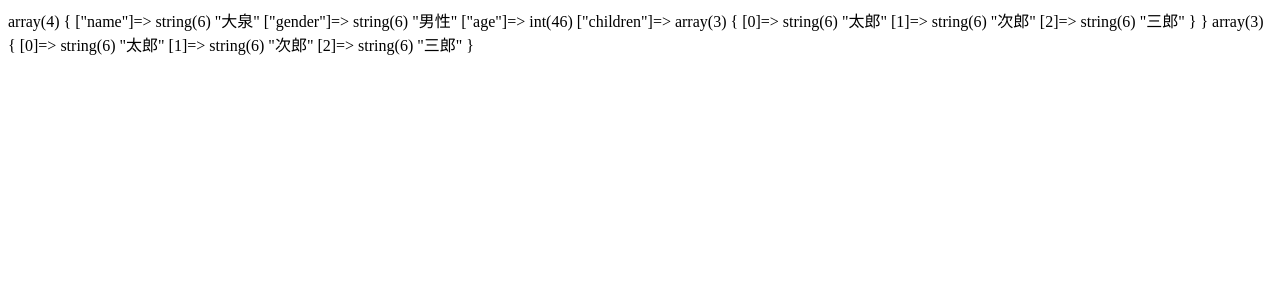
Repository: myojosamurai/Samurai_JS-
Page: http://localhost/php/func.php
The author's editor kept a record of every edit. The page is drawn from the files as they stood at one moment, then again after the next edit.
The browser window is 1280 px wide. The pictures show the whole page.
The page is run by PHP 8.4 with error messages shown; the project is at /var/www/html/.

Above is the page before.

### php/func.php
<?php
$data = [
    "name"=>"大泉",
    "gender"=>"男性",
    "age"=>46
];

$data['children'] = ["太郎", "次郎", "三郎"];

var_dump($data);

var_dump($data['children']);



?>

After the next edit:
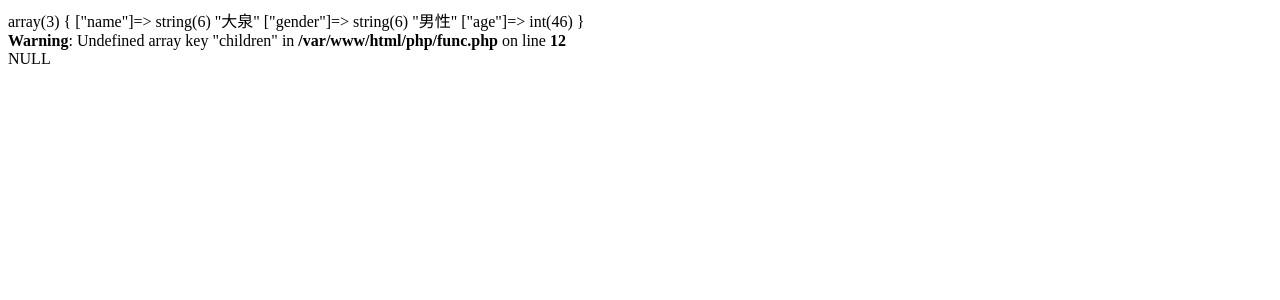
The edit:
--- a/php/func.php
+++ b/php/func.php
@@ -5,7 +5,7 @@
     "age"=>46
 ];
 
-$data['children'] = ["太郎", "次郎", "三郎"];
+#$data['children'] = ["太郎", "次郎", "三郎"];
 
 var_dump($data);
 

After the edit that followed:
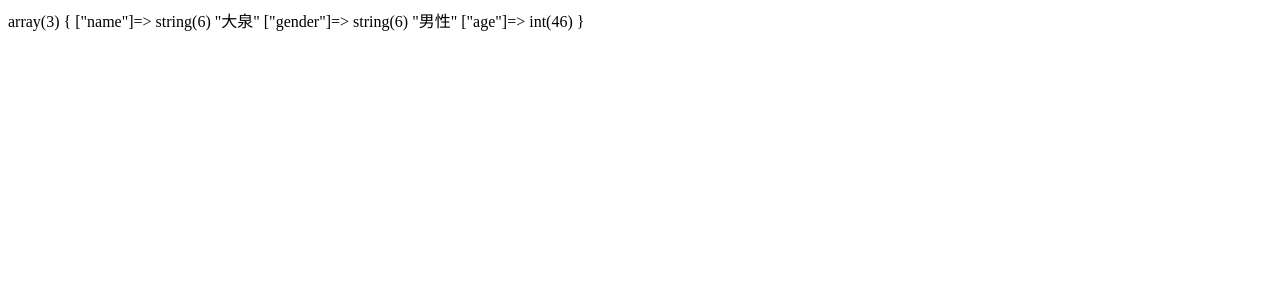
The edit:
--- a/php/func.php
+++ b/php/func.php
@@ -9,7 +9,7 @@
 
 var_dump($data);
 
-var_dump($data['children']);
+#var_dump($data['children']);
 
 
 
